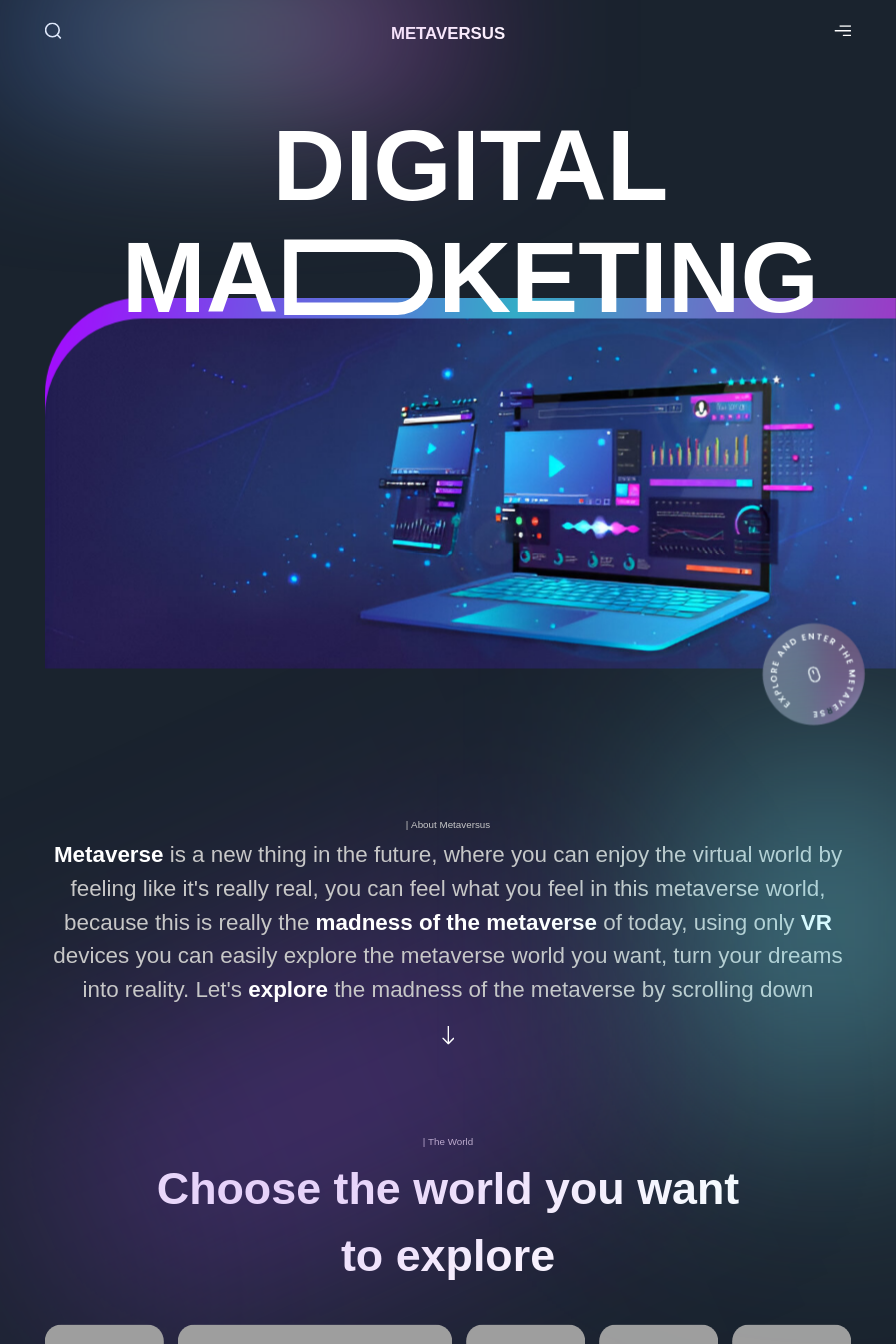
Repository: Shanuga123/metaversus
Page: /
These files come from the project's save history. The page is drawn as it stood at one moment and after a run of saves; the edit follows.
The browser window is 1280 px wide. The pictures show the part of the page from y = 0 to 1920 px (the page is 7254 px tall), at 70% of full size.
Pictures or frames that could not be fetched are drawn as grey boxes. Some web fonts or font styles are not loaded; a fallback is used. The project was rebuilt for these pictures with package versions that can differ from the ones it lists, and the page was loaded fresh each time. The framework's server and built-in components were replaced by stand-ins that run in the browser. Also part of the build but not shown: next.config.js.

Above is the page before, as saved 2024-08-05 21:23:10.

### components/Navbar.jsx
'use client';

import { motion } from 'framer-motion';

import styles from '../styles';
import { navVariants } from '../utils/motion';

const Navbar = () => (
  <motion.nav
    variants={navVariants}
    initial="hidden"
    whileInView="show"
    className={`${styles.xPaddings} py-8 relative`}
  >
    <div className="absolute w-[50%] inset-0 gradient-01" />
    <div
      className={`${styles.innerWidth} mx-auto flex justify-between gap-8`}
    >
      <img
        src="/search.svg"
        alt="search"
        className="w-[24px] h-[24px] object-contain"
      />
      <h2 className="font-extrabold text-[24px] leading-[30.24px] text-white">
        METAVERSUS
      </h2>
      <img
        src="/menu.svg"
        alt="menu"
        className="w-[24px] h-[24px] object-contain"
      />
    </div>
  </motion.nav>
);

export default Navbar;

### components/CustomTexts.jsx
'use client';

import { motion } from 'framer-motion';
import { textContainer, textVariant2 } from '../utils/motion';

export const TypingText = ({ title, textStyles }) => (
  <motion.p
    variants={textContainer}
    className={`font-normal text-[14px] text-secondary-white ${textStyles}`}
  >
    {Array.from(title).map((letter, index) => (
      <motion.span variants={textVariant2} key={index}>
        {letter === ' ' ? '\u00A0' : letter}
      </motion.span>
    ))}
  </motion.p>
);

export const TitleText = ({ title, textStyles }) => (
  <motion.h2
    variants={textVariant2}
    initial="hidden"
    whileInView="show"
    className={`mt-[8px] font-bold md:text-[64px] text-[40px] text-white ${textStyles}`}
  >
    {title}
  </motion.h2>
);

### components/ExploreCard.jsx
'use client';

import { motion } from 'framer-motion';

import styles from '../styles';
import { fadeIn } from '../utils/motion';

const ExploreCard = ({ id, imgUrl, title, index, active, handleClick }) => (
  <motion.div
    variants={fadeIn('right', 'spring', index * 0.5, 0.75)}
    className={`relative ${
      active === id ? 'lg:flex-[3.5] flex-[10]' : 'lg:flex-[0.5] flex-[2]'
    } flex items-center justify-center min-w-[170px] h-[700px] transition-[flex] duration-[0.7s] ease-out-flex cursor-pointer`}
    onClick={() => handleClick(id)}
  >
    <img
      src={imgUrl}
      alt="planet-04"
      className="absolute w-full h-full object-cover rounded-[24px]"
    />
    {active !== id ? (
      <h3 className="font-semibold sm:text-[26px] text-[18px] text-white absolute z-0 lg:bottom-20 lg:rotate-[-90deg] lg:origin-[0,0]">
        {title}
      </h3>
    ) : (
      <div className="absolute bottom-0 p-8 flex justify-start w-full flex-col bg-[rgba(0,0,0,0.5)] rounded-b-[24px]">
        <div
          className={`${styles.flexCenter} w-[60px] h-[60px] rounded-[24px] glassmorphism mb-[16px]`}
        >
          <img
            src="/headset.svg"
            alt="headset"
            className="w-1/2 h-1/2 object-contain"
          />
        </div>
        <p className="font-normal text-[16px] leading-[20.16px] text-white uppercase">
          Enter Metaverse
        </p>
        <h2 className="mt-[24px] font-semibold sm:text-[32px] text-[24px] text-white">
          {title}
        </h2>
      </div>
    )}
  </motion.div>
);

export default ExploreCard;

### components/InsightCard.jsx
'use client';

import { motion } from 'framer-motion';

import { fadeIn } from '../utils/motion';

const InsightCard = ({ imgUrl, title, subtitle, index }) => (
  <motion.div
    variants={fadeIn('up', 'spring', index * 0.5, 1)}
    className="flex md:flex-row flex-col gap-4"
  >
    <img
      src={imgUrl}
      alt="planet-01"
      className="md:w-[270px] w-full h-[250px] rounded-[32px] object-cover"
    />
    <div className="w-full flex justify-between items-center">
      <div className="flex-1 md:ml-[62px] flex flex-col max-w-[650px]">
        <h4 className="font-normal lg:text-[42px] text-[26px] text-white">
          {title}
        </h4>
        <p className="mt-[16px] font-normal lg:text-[20px] text-[14px] text-secondary-white">
          {subtitle}
        </p>
      </div>

      <div
        className="lg:flex hidden items-center justify-center w-[100px] h-[100px] rounded-full bg-transparent border-[1px] border-white"
      >
        <img
          src="/arrow.svg"
          alt="arrow"
          className="w-[40%] h-[40%] object-contain"
        />
      </div>
    </div>
  </motion.div>
);

export default InsightCard;

### components/Footer.jsx
'use client';

import { motion } from 'framer-motion';
import { socials } from '../constants';

import styles from '../styles';
import { footerVariants } from '../utils/motion';

const Footer = () => (
  <motion.footer
    variants={footerVariants}
    initial="hidden"
    whileInView="show"
    className={`${styles.xPaddings} py-8 relative`}
  >
    <div className="footer-gradient" />
    <div className={`${styles.innerWidth} mx-auto flex flex-col gap-8`}>
      <div className="flex items-center justify-between flex-wrap gap-5">
        <h4 className="font-bold md:text-[64px] text-[44px] text-white">
          Enter the Metaverse
        </h4>
        <button type="button" className="flex items-center h-fit py-4 px-6 bg-[#25618B] rounded-[32px] gap-[12px]">
          <img
            src="/headset.svg"
            alt="headset"
            className="w-[24px] h-[24px] object-contain"
          />
          <span className="font-normal text-[16px] text-white">
            Enter Metaverse
          </span>
        </button>
      </div>

      <div className="flex flex-col">
        <div className="mb-[50px] h-[2px] bg-white opacity-10" />

        <div className="flex items-center justify-between flex-wrap gap-4">
          <h4 className="font-extrabold text-[24px] text-white">
            METAVERUS
          </h4>
          <p className="font-normal text-[14px] text-white opacity-50">
            Copyright © 2021 - 2022 Metaversus. All rights reserved.
          </p>

          <div className="flex gap-4">
            {socials.map((social) => (
              <img
                key={social.name}
                src={social.url}
                alt={social.name}
                className="w-[24px] h-[24px] object-contain cursor-pointer"
              />
            ))}
          </div>
        </div>
      </div>
    </div>
  </motion.footer>
);

export default Footer;

### sections/Hero.jsx
'use client';

import { motion } from 'framer-motion';

import styles from '../styles';
import { slideIn, staggerContainer, textVariant } from '../utils/motion';

const Hero = () => (
  <section className={`${styles.yPaddings} sm:pl-16 pl-6`}>
    <motion.div
      variants={staggerContainer}
      initial="hidden"
      whileInView="show"
      viewport={{ once: false, amount: 0.25 }}
      className={`${styles.innerWidth} mx-auto flex flex-col`}
    >
      <div className="flex justify-center items-center flex-col relative z-10">
        <motion.h1 variants={textVariant(1.1)} className={styles.heroHeading}>
          Digital
        </motion.h1>
        <motion.div
          variants={textVariant(1.2)}
          className="flex flex-row justify-center items-center"
        >
          <h1 className={styles.heroHeading}>Ma</h1>
          <div className={styles.heroRText} />
          <h1 className={styles.heroHeading}>Keting</h1>
        </motion.div>
      </div>

      <motion.div
        variants={slideIn('right', 'tween', 0.2, 1)}
        className="relative w-full md:-mt-[20px] -mt-[12px]"
      >
        <div className="absolute w-full h-[300px] hero-gradient rounded-tl-[140px] z-[0] -top-[30px]" />

        <img
          src="/cover1.jpg"
          alt="hero_cover"
          className="w-full sm:h-[500px] h-[350px] object-cover rounded-tl-[140px] z-10 relative"
        />

        <a href="#explore">
          <div className="w-full flex justify-end sm:-mt-[70px] -mt-[50px] pr-[40px] relative z-10">
            <img
              src="/stamp.png"
              alt="stamp"
              className="sm:w-[155px] w-[100px] sm:h-[155px] h-[100px] object-contain"
            />
          </div>
        </a>
      </motion.div>
    </motion.div>
  </section>
);

export default Hero;

### sections/About.jsx
'use client';

import { motion } from 'framer-motion';
import { TypingText } from '../components';

import styles from '../styles';
import { fadeIn, staggerContainer } from '../utils/motion';

const About = () => (
  <section className={`${styles.paddings} relative z-10`}>
    <div className="gradient-02 z-0" />
    <motion.div
      variants={staggerContainer}
      initial="hidden"
      whileInView="show"
      viewport={{ once: false, amount: 0.25 }}
      className={`${styles.innerWidth} mx-auto ${styles.flexCenter} flex-col`}
    >
      <TypingText title="| About Metaversus" textStyles="text-center" />

      <motion.p
        variants={fadeIn('up', 'tween', 0.2, 1)}
        className="mt-[8px] font-normal sm:text-[32px] text-[20px] text-center text-secondary-white"
      >
        <span className="font-extrabold text-white">Metaverse</span> is a new
        thing in the future, where you can enjoy the virtual world by feeling
        like it's really real, you can feel what you feel in this metaverse
        world, because this is really the{' '}
        <span className="font-extrabold text-white">
          madness of the metaverse
        </span>{' '}
        of today, using only{' '}
        <span className="font-extrabold text-white">VR</span> devices you can
        easily explore the metaverse world you want, turn your dreams into
        reality. Let's{' '}
        <span className="font-extrabold text-white">explore</span> the madness
        of the metaverse by scrolling down
      </motion.p>

      <motion.img
        variants={fadeIn('up', 'tween', 0.3, 1)}
        src="/arrow-down.svg"
        alt="arrow down"
        className="w-[18px] h-[28px] object-contain mt-[28px]"
      />
    </motion.div>
  </section>
);

export default About;

### sections/Explore.jsx
'use client';

import { useState } from 'react';
import { motion } from 'framer-motion';

import styles from '../styles';
import { exploreWorlds } from '../constants';
import { staggerContainer } from '../utils/motion';
import { ExploreCard, TitleText, TypingText } from '../components';

const Explore = () => {
  const [active, setActive] = useState('world-2');

  return (
    <section className={`${styles.paddings}`} id="explore">
      <motion.div
        variants={staggerContainer}
        initial="hidden"
        whileInView="show"
        viewport={{ once: false, amount: 0.25 }}
        className={`${styles.innerWidth} mx-auto flex flex-col`}
      >
        <TypingText title="| The World" textStyles="text-center" />
        <TitleText
          title={<>Choose the world you want <br className="md:block hidden" /> to explore</>}
          textStyles="text-center"
        />
        <div className="mt-[50px] flex lg:flex-row flex-col min-h-[70vh] gap-5">
          {exploreWorlds.map((world, index) => (
            <ExploreCard
              key={world.id}
              {...world}
              index={index}
              active={active}
              handleClick={setActive}
            />
          ))}
        </div>
      </motion.div>
    </section>
  );
};

export default Explore;

### sections/GetStarted.jsx
'use client';

import { motion } from 'framer-motion';

import styles from '../styles';
import { startingFeatures } from '../constants';
import { StartSteps, TitleText, TypingText } from '../components';
import { staggerContainer, fadeIn, planetVariants } from '../utils/motion';

const GetStarted = () => (
  <section className={`${styles.paddings} relative z-10`}>
    <motion.div
      variants={staggerContainer}
      initial="hidden"
      whileInView="show"
      viewport={{ once: false, amount: 0.25 }}
      className={`${styles.innerWidth} mx-auto flex lg:flex-row flex-col gap-8`}
    >
      <motion.div
        variants={planetVariants('left')}
        className={`flex-1 ${styles.flexCenter}`}
      >
        <img
          src="/get-started.png"
          alt="get-started"
          className="w-[90%] h-[90%] object-contain"
        />
      </motion.div>
      <motion.div
        variants={fadeIn('left', 'tween', 0.2, 1)}
        className="flex-[0.75] flex justify-center flex-col"
      >
        <TypingText title="| How Metaversus Works" />
        <TitleText title={<>Get started with just a few clicks</>} />
        <div className="mt-[31px] flex flex-col max-w-[370px] gap-[24px]">
          {startingFeatures.map((feature, index) => (
            <StartSteps
              key={feature}
              number={`${index < 10 ? '0' : ''} ${index + 1}`}
              text={feature}
            />
          ))}
        </div>
      </motion.div>
    </motion.div>
  </section>
);

export default GetStarted;

### sections/WhatsNew.jsx
'use client';

import { motion } from 'framer-motion';

import styles from '../styles';
import { newFeatures } from '../constants';
import { NewFeatures, TitleText, TypingText } from '../components';
import { planetVariants, staggerContainer, fadeIn } from '../utils/motion';

const WhatsNew = () => (
  <section className={`${styles.paddings} relative z-10`}>
    <motion.div
      variants={staggerContainer}
      initial="hidden"
      whileInView="show"
      viewport={{ once: false, amount: 0.25 }}
      className={`${styles.innerWidth} mx-auto flex lg:flex-row flex-col gap-8`}
    >
      <motion.div
        variants={fadeIn('right', 'tween', 0.2, 1)}
        className="flex-[0.95] flex justify-center flex-col"
      >
        <TypingText title="| Whats new?" />
        <TitleText title={<>What's new about Metaversus?</>} />
        <div className="mt-[48px] flex flex-wrap justify-between gap-[24px]">
          {newFeatures.map((feature) => (
            <NewFeatures key={feature.title} {...feature} />
          ))}
        </div>
      </motion.div>

      <motion.div
        variants={planetVariants('right')}
        className={`flex-1 ${styles.flexCenter}`}
      >
        <img
          src="/whats-new.png"
          alt="get-started"
          className="w-[90%] h-[90%] object-contain"
        />
      </motion.div>
    </motion.div>
  </section>
);

export default WhatsNew;

### sections/World.jsx
'use client';

import { motion } from 'framer-motion';

import styles from '../styles';
import { TitleText, TypingText } from '../components';
import { fadeIn, staggerContainer } from '../utils/motion';

const World = () => (
  <section className={`${styles.paddings} relative z-10`}>
    <motion.div
      variants={staggerContainer}
      initial="hidden"
      whileInView="show"
      viewport={{ once: false, amount: 0.25 }}
      className={`${styles.innerWidth} mx-auto flex flex-col`}
    >

      <TypingText title="| People on the World" textStyles="text-center" />
      <TitleText
        title={(
          <>Track friends around you and invite them to play together in the same
            world
          </>
        )}
        textStyles="text-center"
      />

      <motion.div
        variants={fadeIn('up', 'tween', 0.3, 1)}
        className="relative mt-[68px] flex w-full h-[550px]"
      >
        <img src="/map.png" alt="map" className="w-full h-full object-cover" />

        <div className="absolute bottom-20 right-20 w-[70px] h-[70px] p-[6px] rounded-full bg-[#5D6680]">
          <img src="people-01.png" alt="people" className="w-full h-full" />
        </div>

        <div className="absolute top-10 left-20 w-[70px] h-[70px] p-[6px] rounded-full bg-[#5D6680]">
          <img src="/people-02.png" alt="people" className="w-full h-full" />
        </div>

        <div className="absolute top-1/2 left-[45%] w-[70px] h-[70px] p-[6px] rounded-full bg-[#5D6680]">
          <img src="people-03.png" alt="people" className="w-full h-full" />
        </div>
      </motion.div>
    </motion.div>
  </section>
);

export default World;

### sections/Insights.jsx
'use client';

import { motion } from 'framer-motion';

import styles from '../styles';
import { insights } from '../constants';
import { staggerContainer } from '../utils/motion';
import { InsightCard, TitleText, TypingText } from '../components';

const Insights = () => (
  <section className={`${styles.paddings} relative z-10`}>
    <motion.div
      variants={staggerContainer}
      initial="hidden"
      whileInView="show"
      viewport={{ once: false, amount: 0.25 }}
      className={`${styles.innerWidth} mx-auto flex flex-col`}
    >
      <TypingText title="| Insight" textStyles="text-center" />
      <TitleText title={<>Insight about metaverse</>} textStyles="text-center" />
      <div className="mt-[50px] flex flex-col gap-[30px]">
        {insights.map((item, index) => (
          <InsightCard key={`insight-${index}`} {...item} index={index + 1} />
        ))}
      </div>
    </motion.div>
  </section>
);

export default Insights;

Loaded but not shown: app/layout.js (common file); app/page.js (common file); styles/globals.css (common file); components/index.js (common file); sections/index.js (common file); components/StartSteps.jsx (common file); components/NewFeatures.jsx (common file); tailwind.config.js (common file); utils/motion.js (161 lines, source omitted); constants/index.js (88 lines, source omitted); styles/index.js (23 lines, source omitted); sections/Feedback.jsx (63 lines, source omitted)

After the next 5 saves:
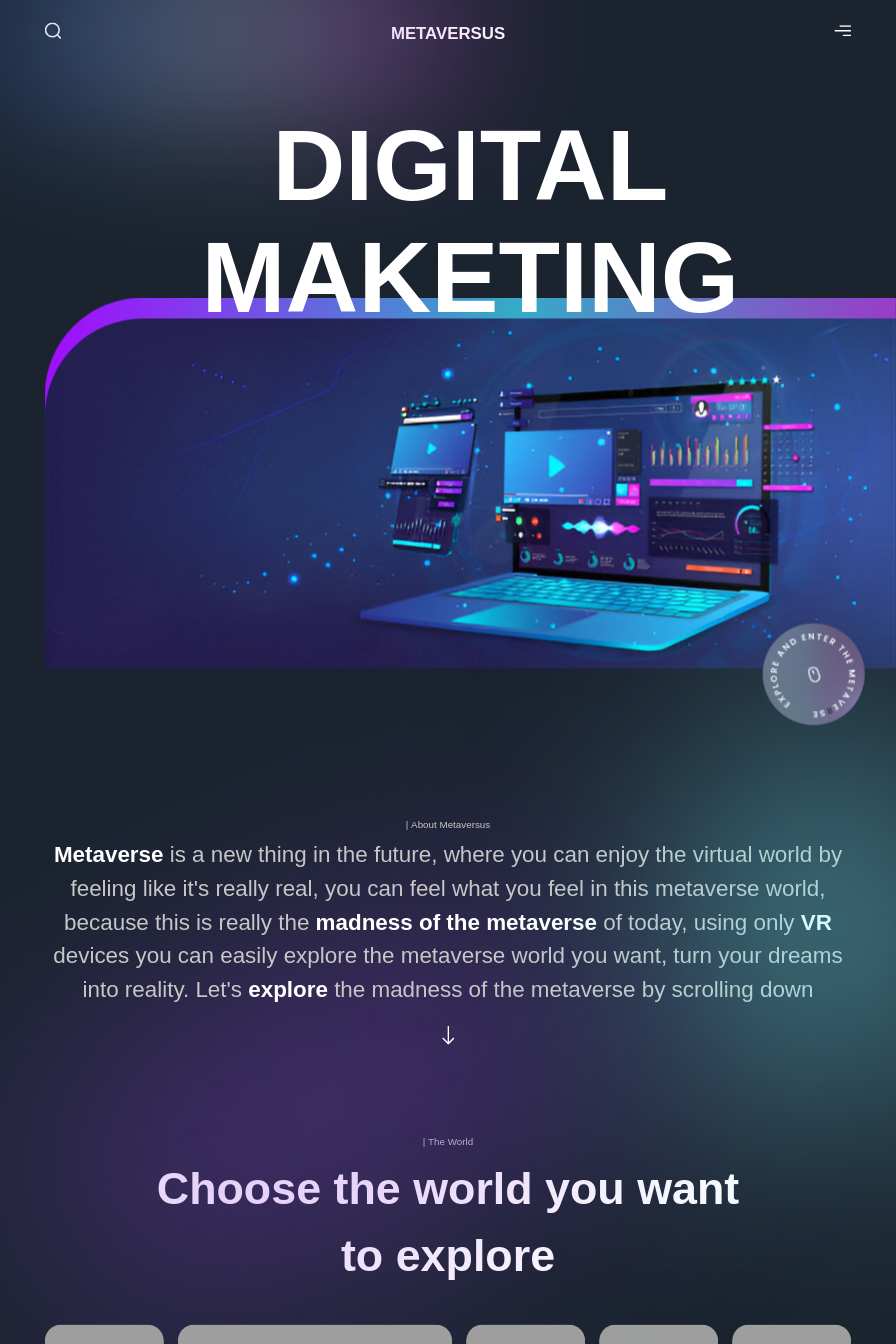
The 5 saves are shown as one change because 1 did not build or start and some came seconds apart.
The last was saved 31 s later.
--- a/sections/Hero.jsx
+++ b/sections/Hero.jsx
@@ -23,7 +23,7 @@
           className="flex flex-row justify-center items-center"
         >
           <h1 className={styles.heroHeading}>Ma</h1>
-          <div className={styles.heroRText} />
+          <div className={styles.h} />
           <h1 className={styles.heroHeading}>Keting</h1>
         </motion.div>
       </div>

After the save that followed:
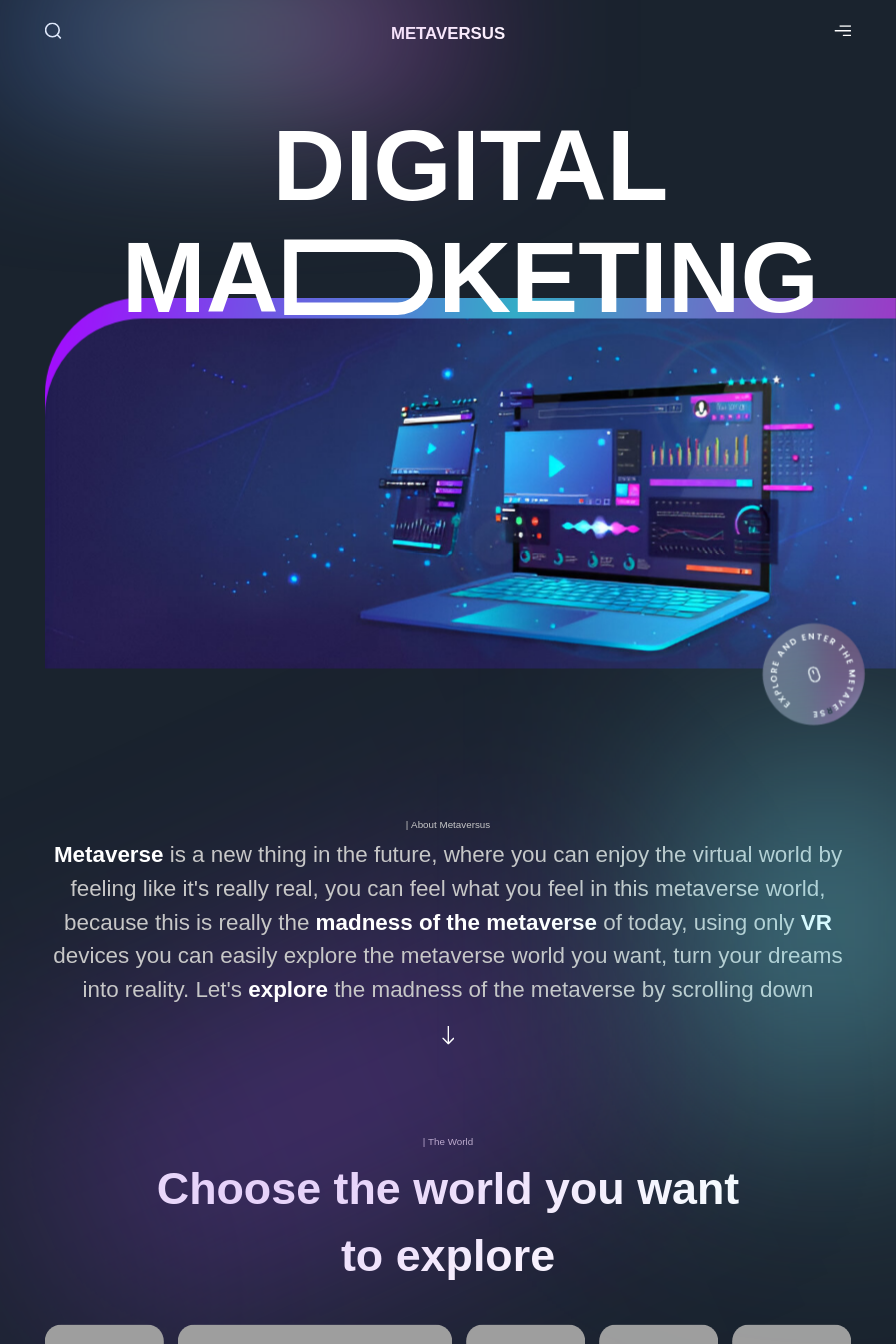
Saved 5 s later.
--- a/sections/Hero.jsx
+++ b/sections/Hero.jsx
@@ -23,7 +23,7 @@
           className="flex flex-row justify-center items-center"
         >
           <h1 className={styles.heroHeading}>Ma</h1>
-          <div className={styles.h} />
+          <div className={styles.heroRText} />
           <h1 className={styles.heroHeading}>Keting</h1>
         </motion.div>
       </div>
